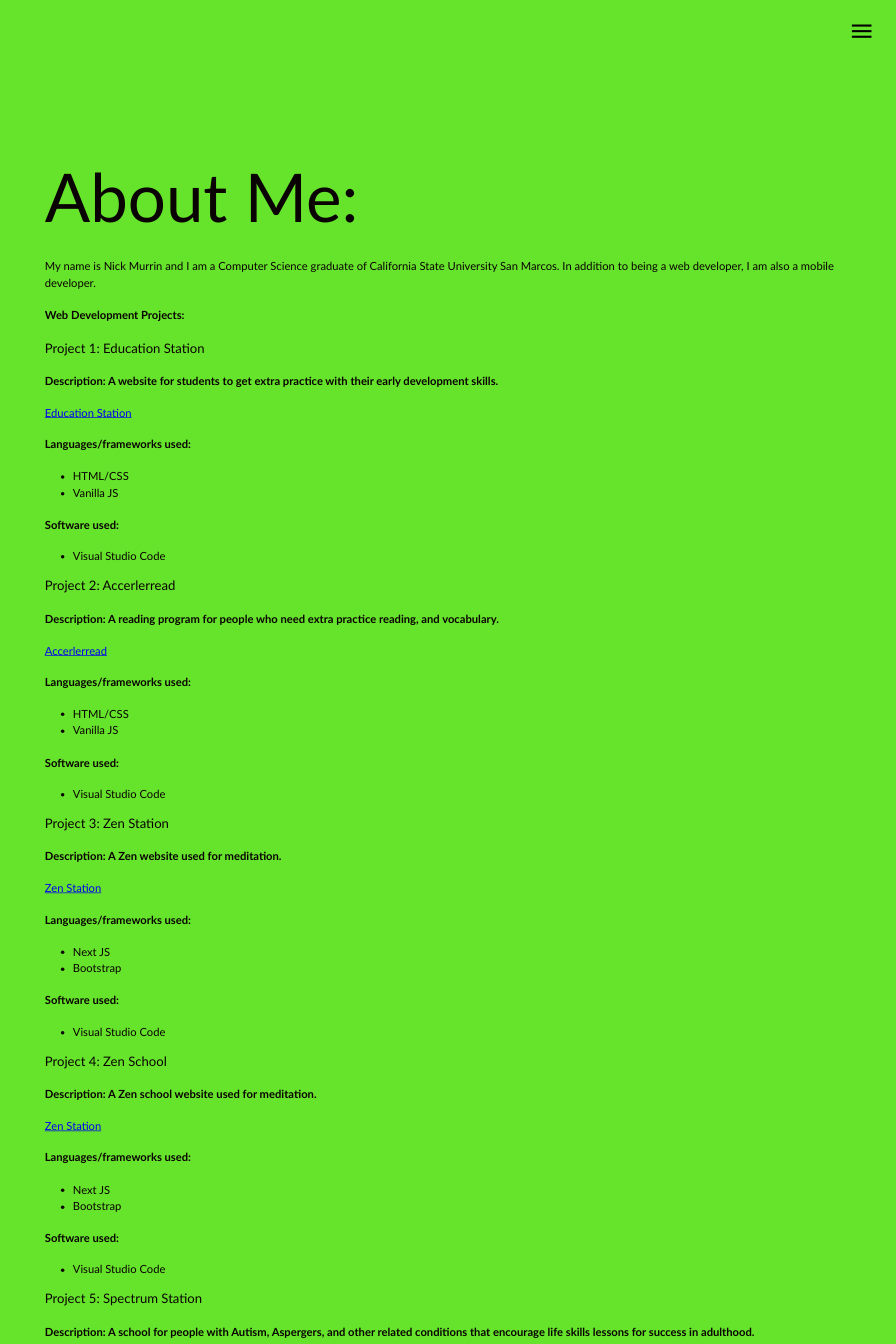
Repository: collegedude9300/modernport
Page: about.html
The author's editor kept a copy of each file at every save. The page is drawn from the files as they stood at one save, then again after the next save.
The browser window is 1280 px wide. The pictures show the part of the page from y = 0 to 1920 px (the page is 2747 px tall before and 2725 px after), at 70% of full size.

Above is the page before, as saved 2023-06-26 22:18:17.

After the next save:
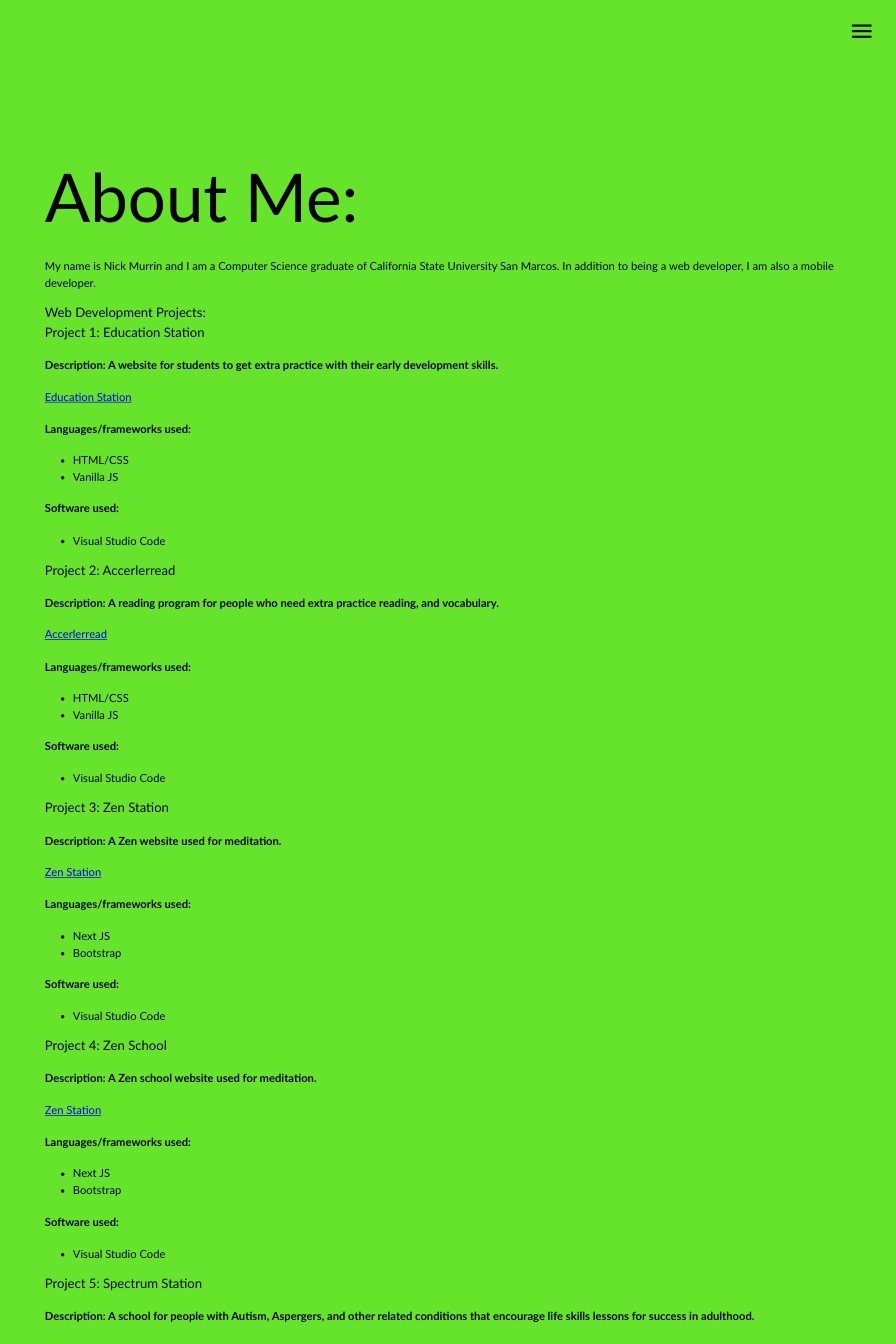
Saved 3 min 55 s later.
--- a/about.html
+++ b/about.html
@@ -53,7 +53,7 @@ About Me:
         <p>My name is Nick Murrin and I am a Computer Science graduate of California State University San Marcos.
         In addition to being a web developer, I am also a mobile developer.
         </p>
-        <h4>  Web Development Projects:</h4>
+        <h3>  Web Development Projects:</h3>
       </div>
       <div class="project1">
         <h3>Project 1: Education Station </h3>
